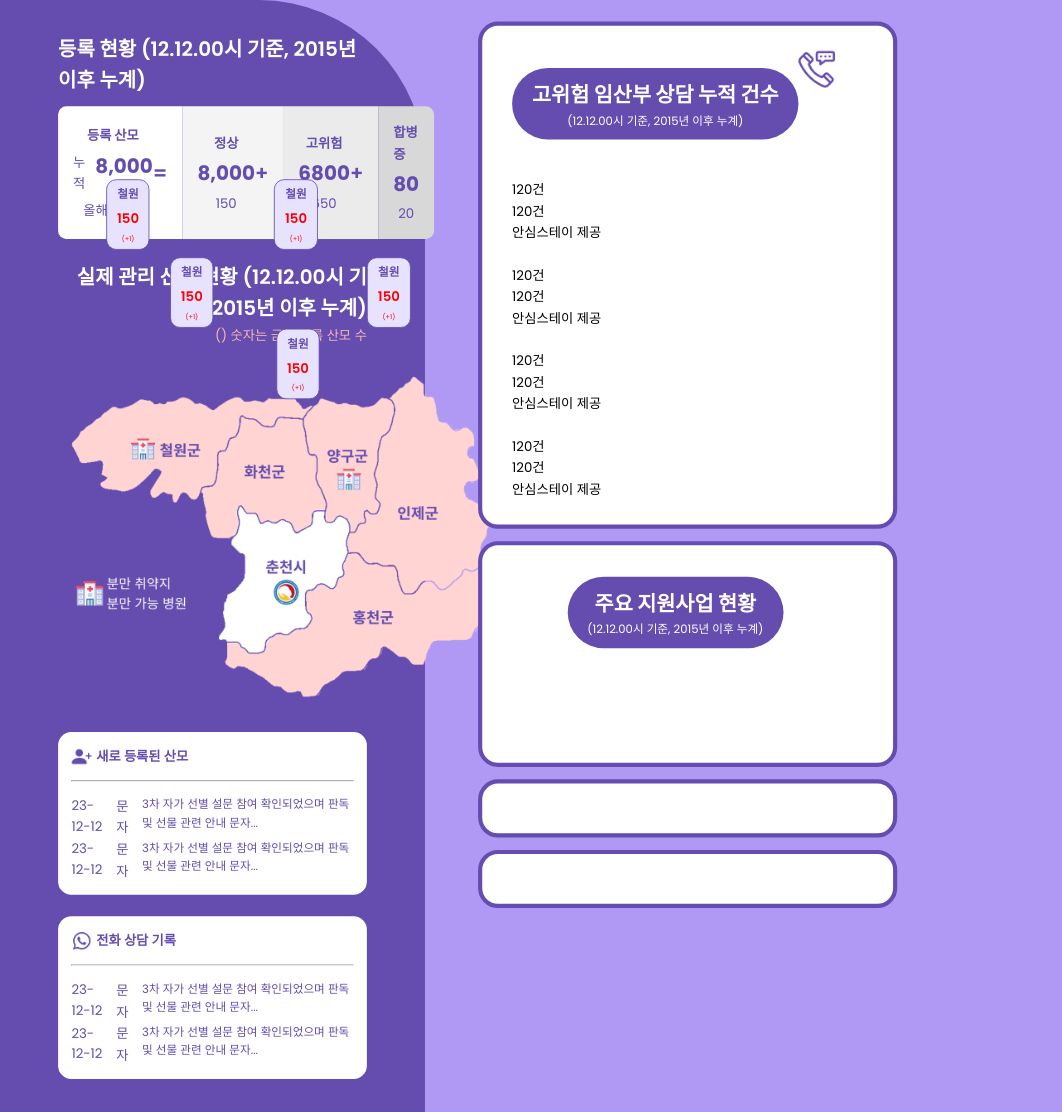
Repository: giapchicuong/Perganancy_Web
Page: index.html
An editor plug-in stored every save of this project. The page is shown before and after the next save, followed by the edit.
The browser window is 1280 px wide. The pictures show the whole page, at 83% of full size.

Above is the page before, as saved 2024-03-06 19:10:44.

### index.html
<!DOCTYPE html>
<html lang="en">

<head>
    <meta charset="UTF-8">
    <meta name="viewport" content="width=device-width, initial-scale=1.0">
    <title>Perganancy Web</title>
    <link rel="stylesheet" href="./assets/base.css">
    <link rel="stylesheet" href="./assets/style.css">
</head>

<body>
    <!-- .block -->
    <!-- .block__element -->
    <!-- .block__element--modifier -->
    <!-- card
    card__image
    card__description
    card__button--submit
    card__button--cancel -->
    <div class="app">
        <div class="main">
            <section class="advertising">
                <!-- ------------------------------------------------ -->
                <div class="advertising-left">
                    <!-- top -->
                    <div class="advertising-left--top">
                        <div class="advertising-left__title">등록 현황 (12.12.00시 기준, 2015년 이후 누계)</div>
                        <div class="advertising-left__item-list">
                            <div class="advertising-left__item advertising-left__item1">
                                <div class="advertising-left__item--signal">
                                    <div class="advertising-left__item--white">
                                        <div class="advertising-left__item-title">등록 산모</div>
                                        <div class="advertising-left__item-desc">
                                            <div class="advertising-left__item-desc-text">누적</div>
                                            <div class="advertising-left__item-desc-number">8,000</div>
                                        </div>
                                    </div>
                                    <div class="advertising-left__item-bottom">
                                        <div class="advertising-left__item-bottom-text">올해</div>
                                        <div class="advertising-left__item-bottom-number">850</div>
                                    </div>
                                </div>
                                <div class="calculation">=</div>
                            </div>
                            <div class="advertising-left__item advertising-left__item2">
                                <div class="advertising-left__item--signal">
                                    <div class="advertising-left__item--white">
                                        <div class="advertising-left__item-title">정상</div>
                                        <div class="advertising-left__item-desc">
                                            <div class="advertising-left__item-desc-number">8,000</div>
                                        </div>
                                    </div>
                                    <div class="advertising-left__item-bottom">
                                        <div class="advertising-left__item-bottom-number">150</div>
                                    </div>
                                </div>
                                <div class="calculation">+</div>
                            </div>
                            <div class="advertising-left__item advertising-left__item3">
                                <div class="advertising-left__item--signal">
                                    <div class="advertising-left__item--white">
                                        <div class="advertising-left__item-title">고위험</div>
                                        <div class="advertising-left__item-desc">
                                            <div class="advertising-left__item-desc-number">6800</div>
                                        </div>
                                    </div>
                                    <div class="advertising-left__item-bottom">
                                        <div class="advertising-left__item-bottom-number">650</div>
                                    </div>
                                </div>
                                <div class="calculation">+</div>
                            </div>
                            <div class="advertising-left__item advertising-left__item4">
                                <div class="advertising-left__item--signal">
                                    <div class="advertising-left__item--white">
                                        <div class="advertising-left__item-title">합병증</div>
                                        <div class="advertising-left__item-desc">
                                            <div class="advertising-left__item-desc-number">80</div>
                                        </div>
                                    </div>
                                    <div class="advertising-left__item-bottom">
                                        <div class="advertising-left__item-bottom-number">20</div>
                                    </div>
                                </div>
                            </div>
                        </div>
                    </div>
                    <!-- text -->
                    <div class="advertising-left__title--text">
                        <div class="advertising-left__title">실제 관리 산모 현황 (12.12.00시 기준, 2015년 이후 누계)</div>
                        <div class="advertising-left__desc">() 숫자는 금일 등록 산모 수</div>
                    </div>
                    <!-- center image -->
                    <div class="advertising-left__map">
                        <img src="./assets/image/left/Gangwon-do Map 1.png" alt="Map"
                            class="advertising-left__map-image">
                        <div class="advertising-left__map-image--card">
                            <div class="advertising-left__map-item-list-top">
                                <div class="advertising-left__map-item">
                                    <div class="advertising-left__map-item-title">철원</div>
                                    <div class="advertising-left__map-item-number">150</div>
                                    <div class="advertising-left__map-item-desc">(+1)</div>
                                </div>
                                <div class="advertising-left__map-item">
                                    <div class="advertising-left__map-item-title">철원</div>
                                    <div class="advertising-left__map-item-number">150</div>
                                    <div class="advertising-left__map-item-desc">(+1)</div>
                                </div>
                            </div>
                            <div class="advertising-left__map-item-list-center">
                                <div class="advertising-left__map-item">
                                    <div class="advertising-left__map-item-title">철원</div>
                                    <div class="advertising-left__map-item-number">150</div>
                                    <div class="advertising-left__map-item-desc">(+1)</div>
                                </div>
                                <div class="advertising-left__map-item">
                                    <div class="advertising-left__map-item-title">철원</div>
                                    <div class="advertising-left__map-item-number">150</div>
                                    <div class="advertising-left__map-item-desc">(+1)</div>
                                </div>
                            </div>
                            <div class="advertising-left__map-item-list-bottom">
                                <div class="advertising-left__map-item">
                                    <div class="advertising-left__map-item-title">철원</div>
                                    <div class="advertising-left__map-item-number">150</div>
                                    <div class="advertising-left__map-item-desc">(+1)</div>
                                </div>
                            </div>
                        </div>
                    </div>
                    <!--새로 등록된 산모  -->
                    <div class="advertising-left__box">
                        <div class="advertising-left__box-title">
                            <img src="./assets//image/left/icons/BsPersonPlusFill.png" alt=""
                                class="advertising-left__box-title-icon">
                            <div class="advertising-left__box-title-text">새로 등록된 산모</div>
                        </div>
                        <hr class="advertising-left__box--hr" />
                        <div class="advertising-left__box-message-list">
                            <div class="advertising-left__box-message-item">
                                <div class="advertising-left__box-message-item-date">23-12-12</div>
                                <div class="advertising-left__box-message-item-local">문자</div>
                                <div class="advertising-left__box-message-item-text">3차 자가 선별 설문 참여 확인되었으며 판독 및 선물 관련 안내
                                    문자...</div>
                            </div>
                            <div class="advertising-left__box-message-item">
                                <div class="advertising-left__box-message-item-date">23-12-12</div>
                                <div class="advertising-left__box-message-item-local">문자</div>
                                <div class="advertising-left__box-message-item-text">3차 자가 선별 설문 참여 확인되었으며 판독 및 선물 관련 안내
                                    문자...</div>
                            </div>
                        </div>
                    </div>
                    <!-- 전화 상담 기록 -->
                    <div class="advertising-left__box">
                        <div class="advertising-left__box-title">
                            <img src="./assets/image//left/icons/FaWhatsapp.png" alt=""
                                class="advertising-left__box-title-icon">
                            <div class="advertising-left__box-title-text">전화 상담 기록</div>
                        </div>
                        <hr class="advertising-left__box--hr" />
                        <div class="advertising-left__box-message-list">
                            <div class="advertising-left__box-message-item">
                                <div class="advertising-left__box-message-item-date">23-12-12</div>
                                <div class="advertising-left__box-message-item-name">문자</div>
                                <div class="advertising-left__box-message-item-text">3차 자가 선별 설문 참여 확인되었으며 판독 및 선물 관련 안내
                                    문자...</div>
                            </div>
                            <div class="advertising-left__box-message-item">
                                <div class="advertising-left__box-message-item-date">23-12-12</div>
                                <div class="advertising-left__box-message-item-name">문자</div>
                                <div class="advertising-left__box-message-item-text">3차 자가 선별 설문 참여 확인되었으며 판독 및 선물 관련 안내
                                    문자...</div>
                            </div>
                        </div>
                    </div>
                </div>
                <!-- ------------------------------------------------ -->
                <div class="advertising-right">
                    <div class="advertising-right-item">
                        <div class="advertising-right-item-top">
                            <div class="advertising-right-item-top-left">
                                <div class="advertising-right-item-top__title">고위험 임산부 상담 누적 건수</div>
                                <div class="advertising-right-item-top__desc">(12.12.00시 기준, 2015년 이후 누계)</div>
                            </div>
                            <div class="advertising-right-item-top-right">
                                <div class="advertising-right-item-top-item">
                                    <img src="./assets/image/right/telephone 1.png" alt=""
                                        class="advertising-right-item-top-item__icon">
                                    <div class="advertising-right-item-top-item__text">304,800건</div>
                                </div>
                                <div class="advertising-right-item-top-item">
                                    <img src="" alt="" class="advertising-right-item-top-item__icon">
                                    <div class="advertising-right-item-top-item__text">누적</div>
                                </div>
                            </div>
                        </div>
                        <div class="advertising-right-item-card-list">
                            <div class="advertising-right-item-card">
                                <div class="advertising-right-item-card-provide">
                                    <img src="" alt="" class="advertising-right-item-card__image">
                                    <div class="advertising-right-item-card__image-number">
                                        <div class="advertising-right-item-card__image-number-large">120건</div>
                                        <div class="advertising-right-item-card__image-number-small">120건</div>
                                    </div>
                                </div>
                                <div class="advertising-right-item-card-content">안심스테이 제공</div>
                            </div>
                            <div class="advertising-right-item-card">
                                <div class="advertising-right-item-card-provide">
                                    <img src="" alt="" class="advertising-right-item-card__image">
                                    <div class="advertising-right-item-card__image-number">
                                        <div class="advertising-right-item-card__image-number-large">120건</div>
                                        <div class="advertising-right-item-card__image-number-small">120건</div>
                                    </div>
                                </div>
                                <div class="advertising-right-item-card-content">안심스테이 제공</div>
                            </div>
                            <div class="advertising-right-item-card">
                                <div class="advertising-right-item-card-provide">
                                    <img src="" alt="" class="advertising-right-item-card__image">
                                    <div class="advertising-right-item-card__image-number">
                                        <div class="advertising-right-item-card__image-number-large">120건</div>
                                        <div class="advertising-right-item-card__image-number-small">120건</div>
                                    </div>
                                </div>
                                <div class="advertising-right-item-card-content">안심스테이 제공</div>
                            </div>
                            <div class="advertising-right-item-card">
                                <div class="advertising-right-item-card-provide">
                                    <img src="" alt="" class="advertising-right-item-card__image">
                                    <div class="advertising-right-item-card__image-number">
                                        <div class="advertising-right-item-card__image-number-large">120건</div>
                                        <div class="advertising-right-item-card__image-number-small">120건</div>
                                    </div>
                                </div>
                                <div class="advertising-right-item-card-content">안심스테이 제공</div>
                            </div>
                        </div>
                    </div>
                    <div class="advertising-right-item">
                        <div class="advertising-right-item-top">
                            <div class="advertising-right-item-top-left">
                                <div class="advertising-right-item-top__title">주요 지원사업 현황</div>
                                <div class="advertising-right-item-top__desc">(12.12.00시 기준, 2015년 이후 누계)</div>
                            </div>
                            <div class="advertising-right-item-top-right">
                                <div class="advertising-right-item-top-item">
                                    <img src="" alt="" class="advertising-right-item-top-item__icon">
                                    <div class="advertising-right-item-top-item__text">누적</div>
                                </div>
                                <div class="advertising-right-item-top-item">
                                    <img src="" alt="" class="advertising-right-item-top-item__icon">
                                    <div class="advertising-right-item-top-item__text">누적</div>
                                </div>
                            </div>
                        </div>
                        <div class="advertising-right-item__btn-list">
                            <div class="advertising-right-item__btn-item">
                                <div class="advertising-right-item__btn">
                                    <img src="" alt="" class="advertising-right-item__btn-icon" />
                                    <div class="advertising-right-item__btn-text"></div>
                                    <div class="advertising-right-item__btn-notification"></div>
                                </div>
                                <div class="advertising-right-item__btn-content"></div>
                            </div>
                            <div class="advertising-right-item__btn-item">
                                <div class="advertising-right-item__btn">
                                    <img src="" alt="" class="advertising-right-item__btn-icon" />
                                    <div class="advertising-right-item__btn-text"></div>
                                    <div class="advertising-right-item__btn-notification"></div>
                                </div>
                                <div class="advertising-right-item__btn-content"></div>
                            </div>
                            <div class="advertising-right-item__btn-item">
                                <div class="advertising-right-item__btn">
                                    <img src="" alt="" class="advertising-right-item__btn-icon" />
                                    <div class="advertising-right-item__btn-text"></div>
                                    <div class="advertising-right-item__btn-notification"></div>
                                </div>
                                <div class="advertising-right-item__btn-content"></div>
                            </div>
                            <div class="advertising-right-item__btn-item">
                                <div class="advertising-right-item__btn">
                                    <img src="" alt="" class="advertising-right-item__btn-icon" />
                                    <div class="advertising-right-item__btn-text"></div>
                                    <div class="advertising-right-item__btn-notification"></div>
                                </div>
                                <div class="advertising-right-item__btn-content"></div>
                            </div>
                        </div>
                    </div>
                    <div class="advertising-right-item">
                        <div class="advertising-right-item-left">
                            <div class="advertising-right-item-left-text">
                                <div class="advertising-right-item-left__title"></div>
                                <div class="advertising-right-item-desc"></div>
                            </div>
                            <div class="advertising-right-item-number"></div>
                        </div>
                        <div class="advertising-right-item-right">

                        </div>
                    </div>
                    <div class="advertising-right-item">
                        <div class="advertising-right-item-message-list">
                            <div class="advertising-right-item-message-item">
                                <div class="advertising-right-item-message-text">
                                    <div class="advertising-right-item-message__title"></div>
                                    <div class="advertising-right-item-message__desc"></div>
                                </div>
                                <div class="advertising-right-item-message-number">
                                    <div class="advertising-right-item-message-number-icon"></div>
                                    <div class="advertising-right-item-message-number-text"></div>
                                    <div class="advertising-right-item-message-number-case"></div>
                                </div>
                            </div>
                            <div class="advertising-right-item-message-item">
                                <div class="advertising-right-item-message-text">
                                    <div class="advertising-right-item-message__title"></div>
                                    <div class="advertising-right-item-message__desc"></div>
                                </div>
                                <div class="advertising-right-item-message-number">
                                    <div class="advertising-right-item-message-number-icon"></div>
                                    <div class="advertising-right-item-message-number-text"></div>
                                    <div class="advertising-right-item-message-number-case"></div>
                                </div>
                            </div>
                        </div>
                    </div>
                </div>
            </section>
        </div>
    </div>
</body>

</html>

### assets/base.css
@import url('https://fonts.googleapis.com/css2?family=Poppins:ital,wght@0,100;0,200;0,300;0,400;0,500;0,600;0,700;0,800;0,900;1,100;1,200; 1.300;1.400;1.500;1.600;1.700;1.800;1.900&display=swap');

* {
    margin: 0;
    padding: 0;
    box-sizing: border-box;
    font-family: 'Poppins' , sans-serif;
    background-repeat: no-repeat;
    background-position: 40% ;
}
html, body {
    width: 100%;
    height: 100%;
    background-attachment: fixed;
    /* background-size: cover; */
}
:root {
    --primary: #644DAF;
    --secondary: #AF99F4;
    --purple: #E7E3FF;
    --lightPurple: #E6E6FA;
    --pink: #EF9C98;
    --textPink: #F5B6B4;
    --white: #FFFFFF;
    --gray: #D8D8D8;
    --gray2: #EBEBEB;
    --gray3: #F4F4F4;
}

Loaded but not shown: assets/style.css (230 lines, source omitted)

After the next save:
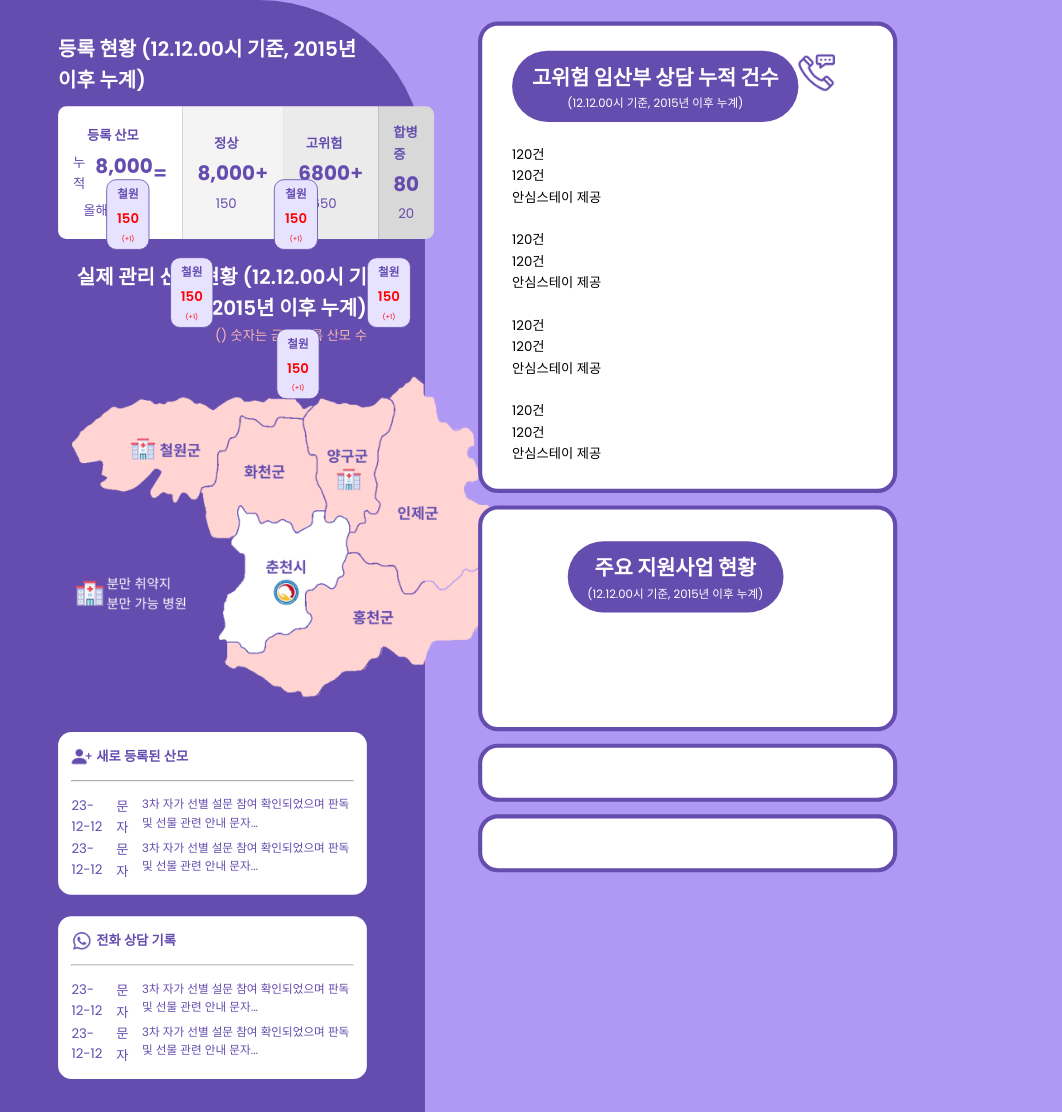
Saved 62 s later.
--- a/index.html
+++ b/index.html
@@ -190,10 +190,6 @@
                                         class="advertising-right-item-top-item__icon">
                                     <div class="advertising-right-item-top-item__text">304,800건</div>
                                 </div>
-                                <div class="advertising-right-item-top-item">
-                                    <img src="" alt="" class="advertising-right-item-top-item__icon">
-                                    <div class="advertising-right-item-top-item__text">누적</div>
-                                </div>
                             </div>
                         </div>
                         <div class="advertising-right-item-card-list">
